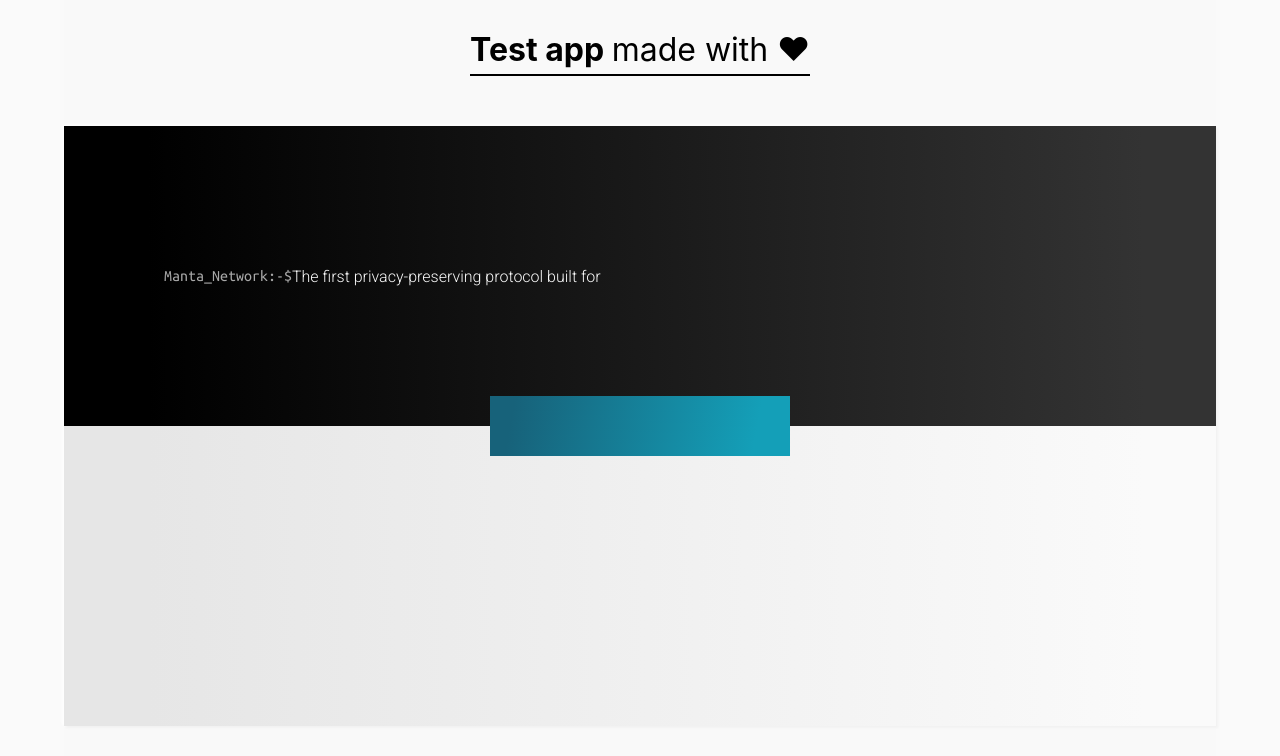
Repository: Khattak01/test-app
Page: /
These files come from the project's save history. The page is drawn as it stood at one moment and after the next save; the edit follows.
The browser window is 1280 px wide. The pictures show the whole page.
The project was rebuilt for these pictures with package versions that can differ from the ones it lists, and the page was loaded fresh each time.

Above is the page before, as saved 2021-05-12 08:18:09.

### public/index.html
<!DOCTYPE html>
<html lang="en">
  <head>
    <meta charset="utf-8" />
    <link rel="icon" href="%PUBLIC_URL%/favicon.ico" />
    <meta name="viewport" content="width=device-width, initial-scale=1" />
    <meta name="theme-color" content="#000000" />
    <meta
      name="description"
      content="Web site created using create-react-app"
    />
    <link rel="apple-touch-icon" href="%PUBLIC_URL%/logo192.png" />
    <!--
      manifest.json provides metadata used when your web app is installed on a
      user's mobile device or desktop. See https://developers.google.com/web/fundamentals/web-app-manifest/
    -->
    <link rel="manifest" href="%PUBLIC_URL%/manifest.json" />
    <!--
      Notice the use of %PUBLIC_URL% in the tags above.
      It will be replaced with the URL of the `public` folder during the build.
      Only files inside the `public` folder can be referenced from the HTML.

      Unlike "/favicon.ico" or "favicon.ico", "%PUBLIC_URL%/favicon.ico" will
      work correctly both with client-side routing and a non-root public URL.
      Learn how to configure a non-root public URL by running `npm run build`.
    -->
    <title>Test App</title>
  </head>
  <body>
    <noscript>You need to enable JavaScript to run this app.</noscript>
    <div id="root"></div>
    <!--
      This HTML file is a template.
      If you open it directly in the browser, you will see an empty page.

      You can add webfonts, meta tags, or analytics to this file.
      The build step will place the bundled scripts into the <body> tag.

      To begin the development, run `npm start` or `yarn start`.
      To create a production bundle, use `npm run build` or `yarn build`.
    -->
  </body>
</html>

### src/index.js
import React from 'react';
import ReactDOM from 'react-dom';
import './index.css';
import App from '../src/components/app/App';

ReactDOM.render(
  <React.StrictMode>
      <App />
  </React.StrictMode>,
  document.getElementById('root')
);

### src/index.css
*{
  margin: 0;
  padding: 0;
  box-sizing: border-box;
}
body {
  margin: 0;
  font-family: -apple-system, BlinkMacSystemFont, 'Segoe UI', 'Roboto', 'Oxygen',
    'Ubuntu', 'Cantarell', 'Fira Sans', 'Droid Sans', 'Helvetica Neue',
    sans-serif;
  -webkit-font-smoothing: antialiased;
  -moz-osx-font-smoothing: grayscale;
}

code {
  font-family: source-code-pro, Menlo, Monaco, Consolas, 'Courier New',
    monospace;
}

.container{
  width:90%;
  margin:auto auto;
  background-color: #f9f9f9;
  padding: 10px;
}

### src/components/app/App.js
import React from 'react'
import './App.css'
import Banner from '../banner/Banner'

const App = () => {
    return (
        <div className="app container">
            <h1>Test app <span style={{fontWeight:'lighter'}}> made with </span> &#10084;</h1>
            <Banner />
        </div>
    )
}

export default App

### src/components/app/App.css
@import url("https://fonts.googleapis.com/css2?family=Ubuntu+Mono:ital,wght@0,400;0,700;1,400&display=swap");
@import url("https://fonts.googleapis.com/css2?family=Roboto:ital,wght@0,300;0,400;0,500;0,700;1,300;1,400;1,500;1,700&display=swap");

body {
  background-color: #fafafa;
}
.app {
  padding: 30px 0;
  min-height: 100vh;
  text-align: center;
}
.app > h1 {
  display: inline-block;

  text-align: center;
  width: max-content;
  padding-bottom: 5px;
  border-bottom: 2px solid black;
  margin-bottom: 50px;
}

:root {
  --color-primary: linear-gradient(
    100.28537797494744deg,
    rgba(23, 98, 122, 1) 6.8671875%,
    rgba(23, 98, 122, 1) 8.216145833333332%,
    rgba(20, 159, 184, 1) 87.80468749999999%
  );

  --color-dark: linear-gradient(
    89.76211853375082deg,
    rgba(0, 0, 0, 1) 5.893229166666666%,
    rgba(0, 0, 0, 1) 7.356770833333332%,
    rgba(51, 51, 51, 1) 93.70572916666666%
  );

  --color-light: linear-gradient(
    89.76211853375082deg,
    rgba(230, 230, 230, 1) 5.893229166666666%,
    rgba(230, 230, 230, 1) 7.356770833333332%,
    rgba(250, 250, 250, 1) 93.70572916666666%
  );

  --font-heading: "Ubuntu Mono", monospace;
  --font-generic: "Roboto", sans-serif;
}

.heading{
  font-family:var(--font-heading);
  color: #a8a8a8;
  font-weight:500;
}
.text{
  font-family: var(--font-generic);
  color: #fafafa;
  font-weight:300;
}

### src/components/banner/Banner.js
import React from 'react'
import classes from './Banner.module.css'

import Box from '../../UI/box/Box'

const Banner = () => {

    return (
        <Box className={classes.banner}>
            {/* <h1>Test App</h1>
            <button className={classes.banner__btn}>Button</button> */}
            <div className={classes.banner__top}>
                <h4 className="heading">Manta_Network:-$</h4>
                <p className='text'>The first privacy-preserving protocol built for</p>
            </div>
            <div className={classes.banner__center}></div>
            <div className={classes.banner__bottom}></div>
        </Box>
    )
}

export default Banner

### src/components/banner/Banner.module.css
.banner {
  width: 100%;
  max-width: 80rem;
  /* border: 1px solid black; */
  margin: auto auto;
  /* padding: 20px; */
  position: relative;
}

.banner__top,.banner__bottom{
  min-height: 300px;
  width: 100%;
  background-color: red;
}
.banner__top{
  background-image: var(--color-dark);
  position: relative;

  display: flex;
  align-items: center;
  padding-left: 100px;

}
.banner__center{
  position: absolute;
  top: 50%;
  left: 50%;
  transform: translate(-50%,-50%);

  background-image: var(--color-primary);
  width: 300px;
  height:60px
}
.banner__bottom{
  background-image: var(--color-light)
}



.banner__btn {
  margin: auto auto;
  width: 300px !important;
  display: flex;
  justify-content: center;
  align-items: center;
  /* background:#1AAB8A; */

  background-image: var(--color-primary);

  color: #fff;
  border: none;
  position: relative;
  height: 60px;
  font-size: 18px;
  padding: 0 20px;
  cursor: pointer;
  transition: 800ms ease all;
  outline: none;
}
.banner__btn:hover {
  background: #fff;
  color: #1aab8a;
}
.banner__btn:before,
.banner__btn:after {
  content: "";
  position: absolute;
  top: 0;
  right: 0;
  height: 2px;
  width: 0;
  background: #1aab8a;
  transition: 400ms ease all;
}
.banner__btn:after {
  right: inherit;
  top: inherit;
  left: 0;
  bottom: 0;
}
.banner__btn:hover:before,
.banner__btn:hover:after {
  width: 100%;
  transition: 800ms ease all;
}

### src/UI/box/Box.js

import React from 'react'
import classes from './Box.module.css'

const Box = (props) => {
    return (
        <div onClick={props.onClick} className={[classes.box,props.className].join(' ')}>
            {props.children}
        </div>
    )
}

export default Box

### src/UI/box/Box.module.css
.box {
  background-color: #ffffff;
  transition: all 0.25s cubic-bezier(0.86, 1.26, 0.59, 1.03);
  /* min-height: 1rem; */
  /* padding: 1rem; */
  /* border-radius: 1rem; */
  box-shadow: 2px 2px 2px #f2f2f2, -2px -1px 3px #ffffff;
}
.box:hover {
  /* transform: translateZ(0) scale(1.05); */
  backface-visibility: hidden;
}

After the next save:
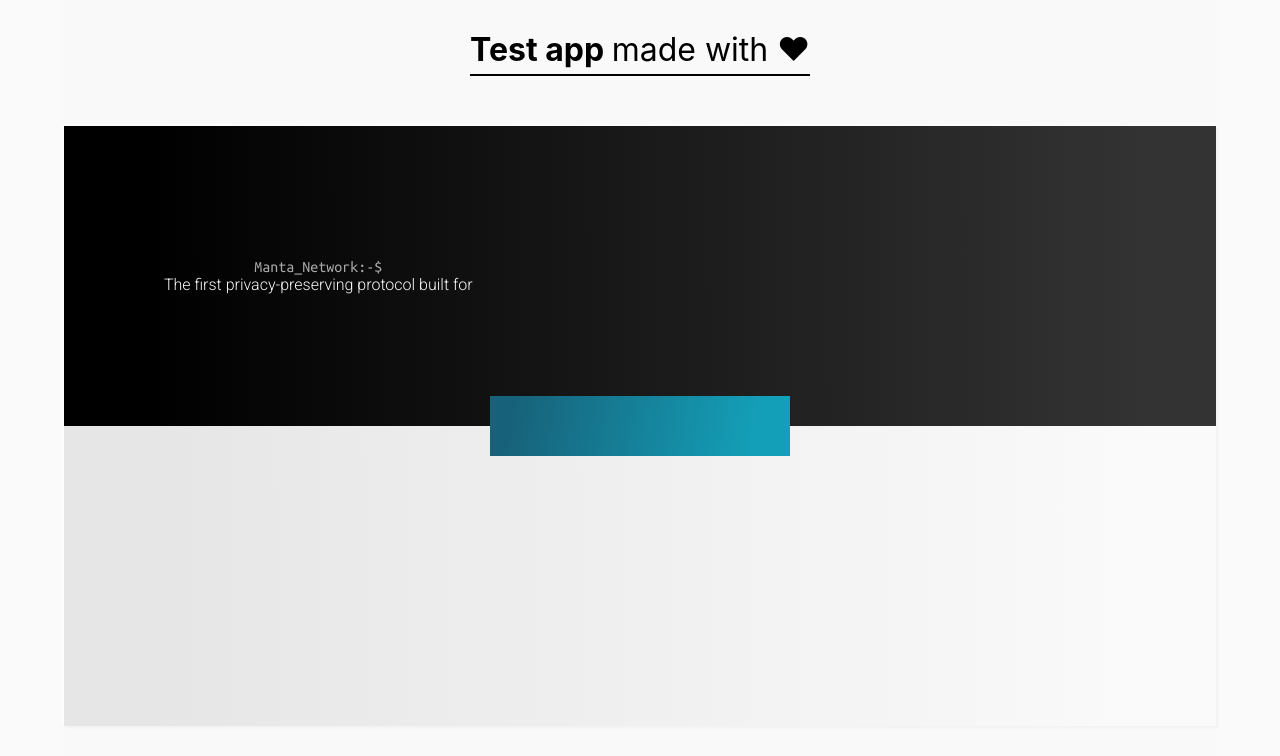
Saved 50 s later.
--- a/src/components/banner/Banner.js
+++ b/src/components/banner/Banner.js
@@ -10,8 +10,11 @@
             {/* <h1>Test App</h1>
             <button className={classes.banner__btn}>Button</button> */}
             <div className={classes.banner__top}>
-                <h4 className="heading">Manta_Network:-$</h4>
-                <p className='text'>The first privacy-preserving protocol built for</p>
+                <div className={classes.text_box}>
+
+                    <h4 className="heading">Manta_Network:-$</h4>
+                    <p className='text'>The first privacy-preserving protocol built for</p>
+                </div>
             </div>
             <div className={classes.banner__center}></div>
             <div className={classes.banner__bottom}></div>
